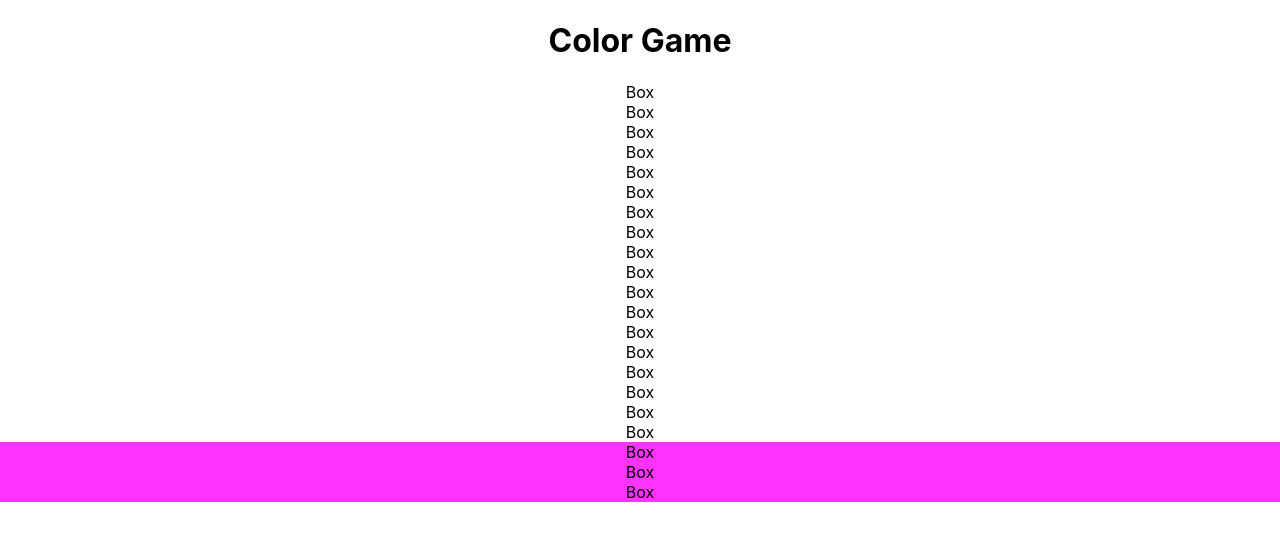
Repository: johnmutina/shades_of_blue
Page: /
The author's editor kept a copy of each file at every save. The page is drawn from the files as they stood at one save, then again after the next save.
The browser window is 1280 px wide. The pictures show the whole page.
The project was rebuilt for these pictures with package versions that can differ from the ones it lists, and the page was loaded fresh each time.

Above is the page before, as saved 2019-06-22 14:24:42.

After the next save:
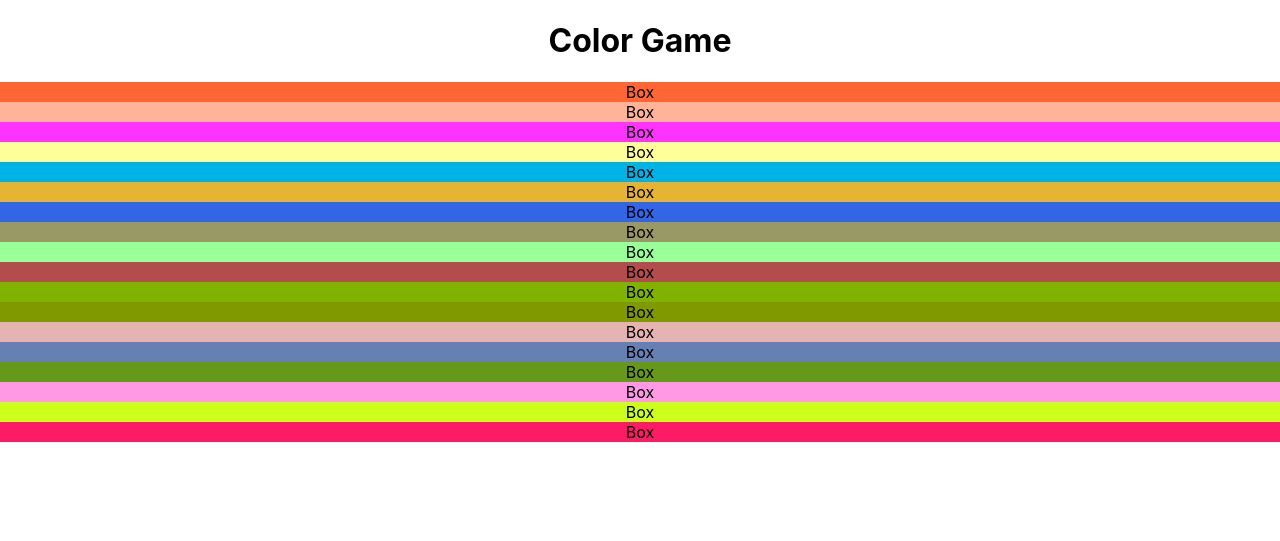
Saved 17 s later.
--- a/src/ColorBoxes.js
+++ b/src/ColorBoxes.js
@@ -16,10 +16,7 @@ class ColorBoxes extends Component {
         return (
             <div>
                 <h1>Color Game</h1>
-                {colorArr.map(el => <ColorBox color={colorArr[el]} />)}
-                <ColorBox color={colorArr[idx]}/>
-                <ColorBox color={colorArr[idx]}/>
-                <ColorBox color={colorArr[idx]}/>
+                {colorArr.map(el => <ColorBox color={el} />)}
             </div>
         )
     }
